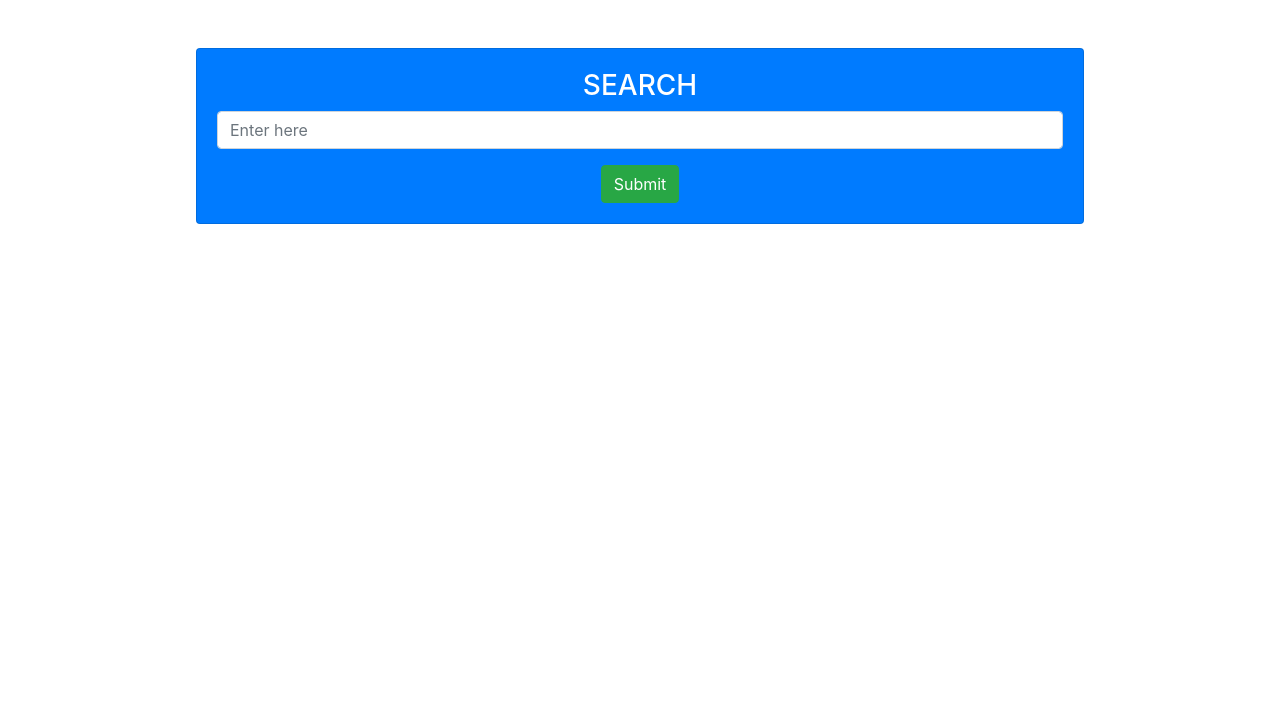
Repository: parvaizsajad/SpringFrameWork
Page: http://localhost/com.springMvc.search/home
An editor plug-in stored every save of this project. The page is shown before and after the next save, followed by the edit.
The browser window is 1280 px wide. The pictures show the whole page.
Some web libraries are served in a nearby version. The page is served by Tomcat 9. Other server files are loaded and not shown.

Above is the page before, as saved 2021-09-10 15:48:37.

### com.springMvc.search/src/main/webapp/WEB-INF/spring-servlet.xml
<?xml version="1.0" encoding="UTF-8"?>


<!-- 2nd step step create the configuration file. -->

<beans xmlns="http://www.springframework.org/schema/beans"
	xmlns:xsi="http://www.w3.org/2001/XMLSchema-instance" xmlns:context="http://www.springframework.org/schema/context"
	xmlns:p="http://www.springframework.org/schema/p"
	xmlns:tx="http://www.springframework.org/schema/tx"
		xmlns:mvc="http://www.springframework.org/schema/mvc"
	xsi:schemaLocation="http://www.springframework.org/schema/beans
    http://www.springframework.org/schema/beans/spring-beans.xsd
    http://www.springframework.org/schema/context
    http://www.springframework.org/schema/context/spring-context.xsd
     http://www.springframework.org/schema/tx
    http://www.springframework.org/schema/tx/spring-tx.xsd
    http://www.springframework.org/schema/mvc
    http://www.springframework.org/schema/mvc/spring-mvc.xsd
    ">
 <!--This is our bean or the metadata for our class  -->
 <mvc:annotation-driven/>
 <mvc:resources location="/WEB-INF/resources/" mapping="/resources/**"/>

 <context:component-scan base-package="com.springMvc.search"></context:component-scan>

<!--  view Resolver -->
   <bean class="org.springframework.web.servlet.view.InternalResourceViewResolver" name="viewResolver">
   <property name="prefix" value="/WEB-INF/views/"></property>
   <property name="suffix" value=".jsp"></property>
   </bean>




 </beans>

### com.springMvc.search/src/main/webapp/WEB-INF/views/home.jsp
<%@ page language="java" contentType="text/html; charset=ISO-8859-1"
    pageEncoding="ISO-8859-1"%>
         <%@ taglib prefix="c" uri="http://java.sun.com/jsp/jstl/core" %>
<!doctype html>
<html lang="en">
  <head>
    <!-- Required meta tags -->
    <meta charset="utf-8">
    <meta name="viewport" content="width=device-width, initial-scale=1, shrink-to-fit=no">

    <!-- Bootstrap CSS -->
    <link rel="stylesheet" href="https://maxcdn.bootstrapcdn.com/bootstrap/4.0.0/css/bootstrap.min.css" integrity="sha384-Gn5384xqQ1aoWXA+058RXPxPg6fy4IWvTNh0E263XmFcJlSAwiGgFAW/dAiS6JXm" crossorigin="anonymous">

    <title>Hello, world!</title>
  </head>
  <body>
 <script type="text/javascript" src='<c:url value="/resources/js/script.js"></c:url>'></script>

<div class="container">

<div class="card mx-auto mt-5 bg-primary" style="width: 80%">
<div class="card-body">

<form action="search">
  <div class="form-group">

<div><h3 class="text-center text-white" style="text-transform: uppercase;">Search</h3></div>

    <input type="text" class="form-control" id="text1"  placeholder="Enter here" name="search">

  </div>
  <div style="text-align: center">
    <button type="submit" class="btn btn-success">Submit</button>
  </div>

</form>
</div>
</div>
</div>

    <!-- Optional JavaScript -->
    <!-- jQuery first, then Popper.js, then Bootstrap JS -->
    <script src="https://code.jquery.com/jquery-3.2.1.slim.min.js" integrity="sha384-KJ3o2DKtIkvYIK3UENzmM7KCkRr/rE9/Qpg6aAZGJwFDMVNA/GpGFF93hXpG5KkN" crossorigin="anonymous"></script>
    <script src="https://cdnjs.cloudflare.com/ajax/libs/popper.js/1.12.9/umd/popper.min.js" integrity="sha384-ApNbgh9B+Y1QKtv3Rn7W3mgPxhU9K/ScQsAP7hUibX39j7fakFPskvXusvfa0b4Q" crossorigin="anonymous"></script>
    <script src="https://maxcdn.bootstrapcdn.com/bootstrap/4.0.0/js/bootstrap.min.js" integrity="sha384-JZR6Spejh4U02d8jOt6vLEHfe/JQGiRRSQQxSfFWpi1MquVdAyjUar5+76PVCmYl" crossorigin="anonymous"></script>
  </body>
</html>

### com.springMvc.search/src/main/java/com/springMvc/search/Generilizedexceptionhandler.java
package com.springMvc.search;

import org.springframework.http.HttpStatus;
import org.springframework.stereotype.Controller;
import org.springframework.web.bind.annotation.ControllerAdvice;
import org.springframework.web.bind.annotation.ExceptionHandler;
import org.springframework.web.bind.annotation.ResponseStatus;

@ControllerAdvice
public class Generilizedexceptionhandler {
	@ResponseStatus(value = HttpStatus.INTERNAL_SERVER_ERROR)
	@ExceptionHandler({NullPointerException.class,NumberFormatException.class})
	public String errorHandler() {

		return "nullException";
	}
}

### com.springMvc.search/src/main/java/com/springMvc/search/SearchController.java
package com.springMvc.search;

import org.springframework.stereotype.Controller;
import org.springframework.web.bind.annotation.RequestMapping;
import org.springframework.web.bind.annotation.RequestParam;
import org.springframework.web.servlet.view.RedirectView;
@Controller
public class SearchController {
	@RequestMapping("/home")
	public String home() {

		System.out.println("going to home view");
		return("home");
	}
@RequestMapping("/search")
	public RedirectView search(@RequestParam("search") String sear) {
		String querry="https://www.google.com/search?q="+sear;
		RedirectView rd=new RedirectView();
		if(sear.isBlank()) {
		 rd.setUrl("home");
		 return rd;
		}


		rd.setUrl(querry);
		return rd;
	}
}

### com.springMvc.search/src/main/java/com/springMvc/search/complex.java
package com.springMvc.search;

import org.springframework.stereotype.Controller;
import org.springframework.ui.Model;
import org.springframework.validation.BindingResult;
import org.springframework.web.bind.annotation.ModelAttribute;
import org.springframework.web.bind.annotation.RequestMapping;
import org.springframework.web.bind.annotation.RequestMethod;
import org.springframework.web.bind.annotation.RequestParam;

@Controller
public class complex {

	@RequestMapping("/complex")
	public String complexform() {

		return"/complex";
	}

	@RequestMapping(path = "/handleform",method = RequestMethod.POST)
	public String handleForm(@ModelAttribute Form form,BindingResult result) {
		if(result.hasErrors()) {
			return"/complex";
		}
	System.out.println(form.getAddress());
		return "/login";
	}
}

### com.springMvc.search/src/main/java/com/springMvc/search/Form.java
package com.springMvc.search;

import java.util.Date;

public class Form {
	private String name;
	private long id;
	private Date dob;
	private String courses;
	private String gender;
	private String type;
	private Address address;
	public Address getAddress() {
		return address;
	}
	public void setAddress(Address address) {
		this.address = address;
	}
	public Form() {
		super();
		// TODO Auto-generated constructor stub
	}

	@Override
	public String toString() {
		return "Form [name=" + name + ", id=" + id + ", dob=" + dob + ", courses=" + courses + ", gender=" + gender
				+ ", type=" + type + ", address=" + address + "]";
	}


	public Form(String name, long id, Date dob, String courses, String gender, String type) {
		super();
		this.name = name;
		this.id = id;
		this.dob = dob;
		this.courses = courses;
		this.gender = gender;
		this.type = type;

	}
	public String getName() {
		return name;
	}
	public void setName(String name) {
		this.name = name;
	}
	public long getId() {
		return id;
	}
	public void setId(long id) {
		this.id = id;
	}
	public Date getDob() {
		return dob;
	}
	public void setDob(Date dob) {
		this.dob = dob;
	}
	public String getCourses() {
		return courses;
	}
	public void setCourses(String courses) {
		this.courses = courses;
	}
	public String getGender() {
		return gender;
	}
	public void setGender(String gender) {
		this.gender = gender;
	}
	public String getType() {
		return type;
	}
	public void setType(String type) {
		this.type = type;
	}


}

### com.springMvc.search/src/main/webapp/WEB-INF/resources/js/script.js
/**
 *
 */
alert("hello")

After the next save:
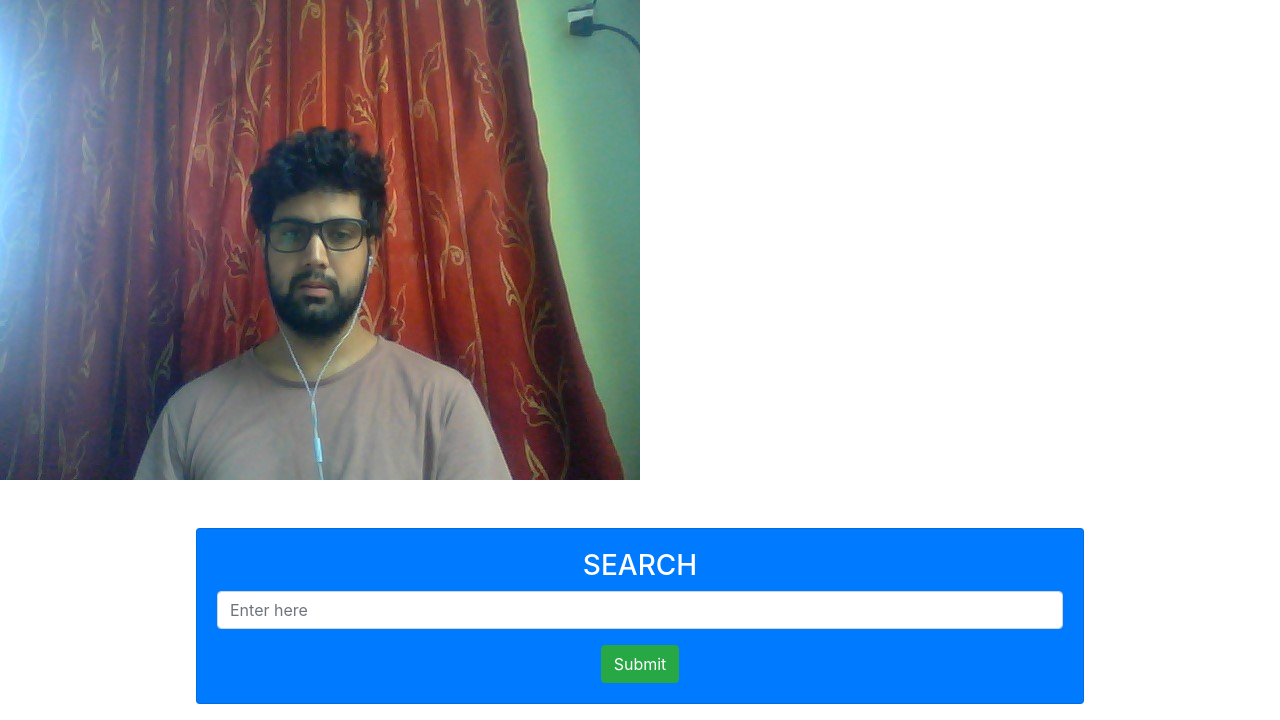
Saved 3 min 8 s later.
--- a/com.springMvc.search/src/main/webapp/WEB-INF/views/home.jsp
+++ b/com.springMvc.search/src/main/webapp/WEB-INF/views/home.jsp
@@ -15,6 +15,7 @@
   </head>
   <body>
  <script type="text/javascript" src='<c:url value="/resources/js/script.js"></c:url>'></script>
+ <img alt="" src='<c:url value="/resources/images/img.jpg"></c:url>'>
 
 <div class="container">
 
